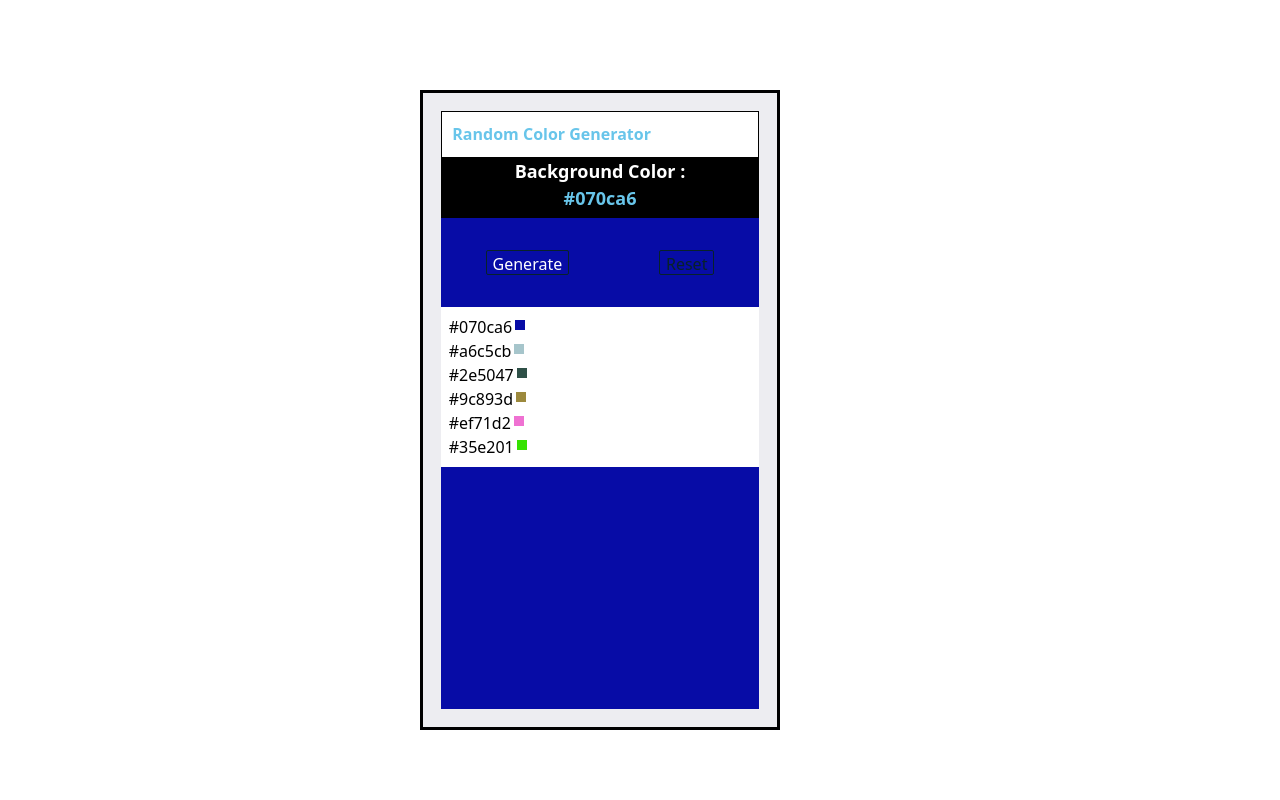
Repository: Sarah7223/internet-programming-tp
Page: TP4/TP04.4.html
The author's editor kept a copy of each file at every save. The page is drawn from the files as they stood at one save, then again after the next save.
The browser window is 1280 px wide. The pictures show the whole page.
After loading, the first visible `#generate` was clicked once.

Above is the page before, as saved 2023-02-03 10:21:05.

### TP4/TP04.4.html
<!DOCTYPE html>
    <head>
        <style>
            .background1{
                display: flex;
                width: 1200px;
                height: 800px;
                align-items: center;
                justify-content: center;
                flex-direction: column;
                background-color: white;
            }
           .rectangle{
                display: flex;
                position: relative;
                width: 30%;
                height: 80%;
                align-items: center;
                justify-content: center;
                flex-direction: column;
                border: solid black 3px;
                background-color: #ededf1;
                margin-top: 20px;
            }
            .title{
                margin-bottom: 0;
                margin-left: 5%;
                margin-right: 5%;
                margin-top: 5%;
                color: #68c5ea;
                width: -webkit-fill-available;
                height: 50px;
                border: solid 1px black;
                background-color: #FFFFFF;
                padding: 3%;
                font-weight: bold;
            }
            #menu-container{
                height: 100%;
                width: -webkit-fill-available;
                margin-bottom: 5%;
                margin-left: 5%;
                margin-right: 5%;
            }
            .container{
                background-color: black;
                width: -webkit-fill-available;
                height: 60px;
                margin-bottom: 10%;

            }
            .back-color{
                color: #FFFFFF;
                font-weight: bold;
                font-size: large;
                text-align: center;
            }
            #color{
                color: #68c5ea;
                font-weight: bold;
                font-size:large;
                text-align: center;
            }
            .buttons{
                display:flex;
                justify-content: space-around;
                margin-bottom: 10%;
            }
            .button{
                text-align: center;
                color: #08222a;
                border: solid #08222a 1px;
                border-radius: 2px;
                height: 25px;
            }
            .button:hover{
                background-color: #000000;
                color: #FFFFFF;
            }
            #list-color{
                background-color: #FFFFFF;
                color: #000000;
                height: fit-content;
                width:-webkit-fill-available;
                padding: 2.5%;
            }
            .item{
                display: flex;
            }
            #generate{
                background-color: black;
                color: white;
            }

        </style>
        <link href="https://cdn.jsdelivr.net/npm/bootstrap@5.3.0-alpha1/dist/css/bootstrap.min.css" rel="stylesheet" integrity="sha384-GLhlTQ8iRABdZLl6O3oVMWSktQOp6b7In1Zl3/Jr59b6EGGoI1aFkw7cmDA6j6gD" crossorigin="anonymous">
    </head>

    <body>
        <div class="background1">
            <div class="rectangle">
            <div class="title">Random Color Generator</div>
            <div id="menu-container">
                <div class="container">
                    <div class="back-color">Background Color :</div>
                    <div id="color"></div>
                </div>
                <div class="buttons">
                    <button class="button" id="generate">Generate</button>
                    <button class="button" id="reset">Reset</button>
                </div>
                <div id="list-color"></div>
            </div>
        </div>

        <script src="https://cdn.jsdelivr.net/npm/bootstrap@5.3.0-alpha1/dist/js/bootstrap.bundle.min.js" integrity="sha384-w76AqPfDkMBDXo30jS1Sgez6pr3x5MlQ1ZAGC+nuZB+EYdgRZgiwxhTBTkF7CXvN" crossorigin="anonymous"></script>
        <script>
            class Color {
                colorType = ''
                records = []

                constructor(type,rec) {
                    this.colorType = type;
                    this.records = rec;
                }
                generate(){
                    this.reset();
                    for(let i=0;i<6;i++){
                    var hex = c.getRandomNumber().toString(16);
                    while (hex.length < 6) {
                        hex = "0" + hex;
                    }
                    this.records.push(hex);
                    }
                    this.colorType="#"+this.records[0];
                    localStorage.setItem("records", JSON.stringify({values:this.records}))
                }
                getRandomNumber(){
                    return Math.floor(Math.random()*16777215)
                }
                getRecords(){
                    return this.records;
                }
                reset(){
                    this.colorType = '';
                    this.records = [];
                    localStorage.removeItem("records");
                }
           }
           if(localStorage.getItem("records")===null){
                var c = new Color();
                c.generate();
           }else{
            let rec = JSON.parse(localStorage.getItem("records"))
                var c = new Color("#"+rec.values[0],rec.values);
           }
           document.getElementById("generate").addEventListener("click",e =>{
                c.generate();
                document.getElementById("color").innerHTML=c.colorType;
                document.getElementById("menu-container").style.backgroundColor=c.colorType;
                document.getElementById("generate").style.backgroundColor=c.colorType;
                document.getElementById("reset").style.backgroundColor=c.colorType;
                var listHtml="";
                c.getRecords().forEach(elt=>{
                listHtml+=`<div class="item" id=${elt}>
                        <span>#${elt}</span>
                        <span style="background-color:#${elt};width:10px;height:10px;margin-left: 3px;margin-top: 5px;"></span>
                    </div>`
                });
                document.getElementById("list-color").innerHTML=listHtml;
                c.getRecords().forEach(elt=>{
                document.getElementById(elt).addEventListener("click",e=>{
                    console.log(elt);
                    c.colorType = "#"+elt;
                    document.getElementById("color").innerHTML=c.colorType;
                    document.getElementById("menu-container").style.backgroundColor=c.colorType;
                    document.getElementById("generate").style.backgroundColor=c.colorType;
                    document.getElementById("reset").style.backgroundColor=c.colorType;
                });
           });
           });
           document.getElementById("reset").addEventListener("click",e=>{
                c.reset();
                console.log("rec",c.getRecords());
                console.log(c.colorType);
                document.getElementById("color").innerHTML=c.colorType;
                document.getElementById("menu-container").style.backgroundColor=c.colorType;
                document.getElementById("generate").style.backgroundColor=c.colorType;
                document.getElementById("reset").style.backgroundColor=c.colorType;
                var listHtml="";
                document.getElementById("list-color").innerHTML=listHtml;
                localStorage.removeItem("records");
           });
           console.log(c.getRecords());
           console.log(c.colorType);
           document.getElementById("color").innerHTML=c.colorType;
           document.getElementById("menu-container").style.backgroundColor=c.colorType;
           document.getElementById("generate").style.backgroundColor=c.colorType;
           document.getElementById("reset").style.backgroundColor=c.colorType;
           var listHtml="";
           c.getRecords().forEach(elt=>{
                listHtml+=`<div class="item" id=${elt}>
                        <span>#${elt}</span>
                        <span style="background-color:#${elt};width:10px;height:10px;margin-left: 3px;margin-top: 5px;"></span>
                    </div>`
           });
           document.getElementById("list-color").innerHTML=listHtml;
           c.getRecords().forEach(elt=>{
            document.getElementById(elt).addEventListener("click",e=>{
                    console.log(elt);
                    c.colorType = "#"+elt;
                    document.getElementById("color").innerHTML=c.colorType;
                    document.getElementById("menu-container").style.backgroundColor=c.colorType;
                    document.getElementById("generate").style.backgroundColor=c.colorType;
                    document.getElementById("reset").style.backgroundColor=c.colorType;
                });
           });
        </script>
    </body>
</html

After the next save:
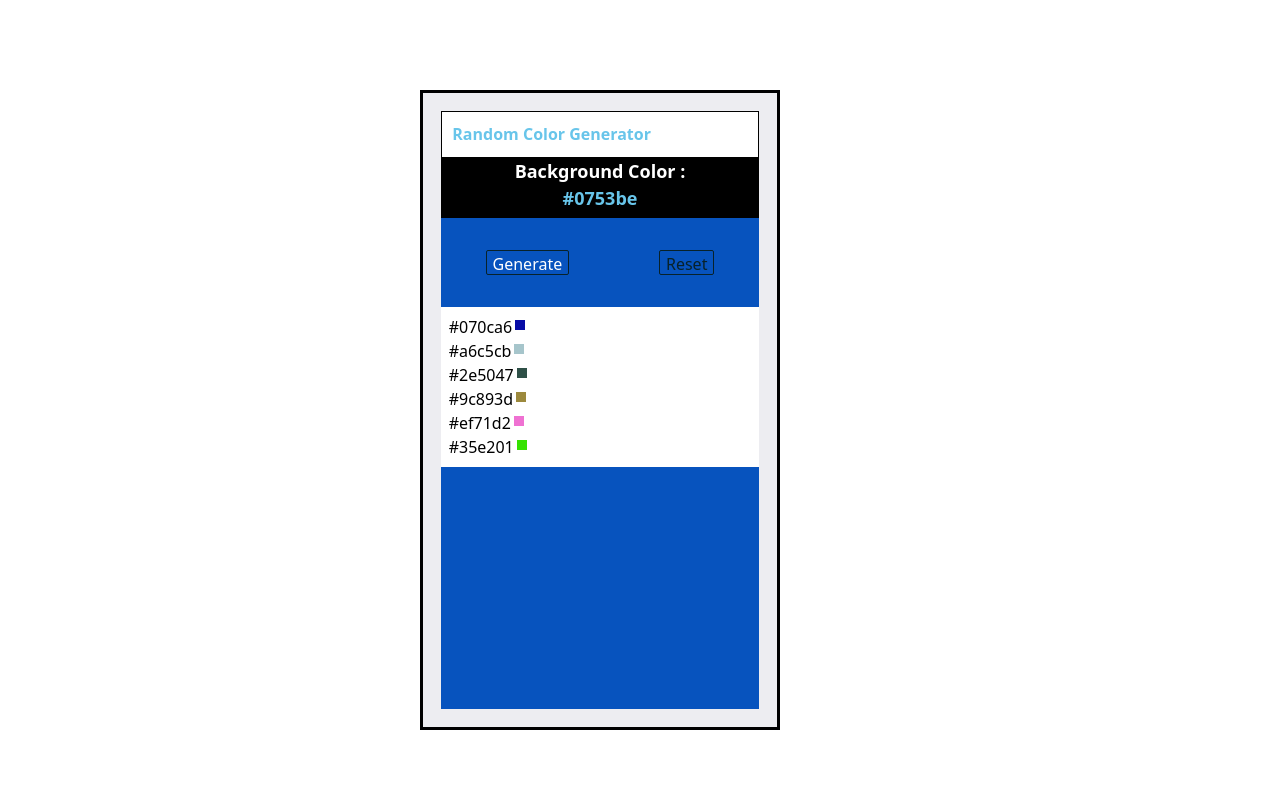
Saved 88 s later.
--- a/TP4/TP04.4.html
+++ b/TP4/TP04.4.html
@@ -91,6 +91,8 @@
                 background-color: black;
                 color: white;
             }
+
+
 
         </style>
         <link href="https://cdn.jsdelivr.net/npm/bootstrap@5.3.0-alpha1/dist/css/bootstrap.min.css" rel="stylesheet" integrity="sha384-GLhlTQ8iRABdZLl6O3oVMWSktQOp6b7In1Zl3/Jr59b6EGGoI1aFkw7cmDA6j6gD" crossorigin="anonymous">
@@ -156,10 +158,10 @@
            }
            document.getElementById("generate").addEventListener("click",e =>{
                 c.generate();
-                document.getElementById("color").innerHTML=c.colorType;
-                document.getElementById("menu-container").style.backgroundColor=c.colorType;
-                document.getElementById("generate").style.backgroundColor=c.colorType;
-                document.getElementById("reset").style.backgroundColor=c.colorType;
+                //document.getElementById("color").innerHTML=c.colorType;
+                //document.getElementById("menu-container").style.backgroundColor=c.colorType;
+                //document.getElementById("generate").style.backgroundColor=c.colorType;
+                //document.getElementById("reset").style.backgroundColor=c.colorType;
                 var listHtml="";
                 c.getRecords().forEach(elt=>{
                 listHtml+=`<div class="item" id=${elt}>

After the save that followed:
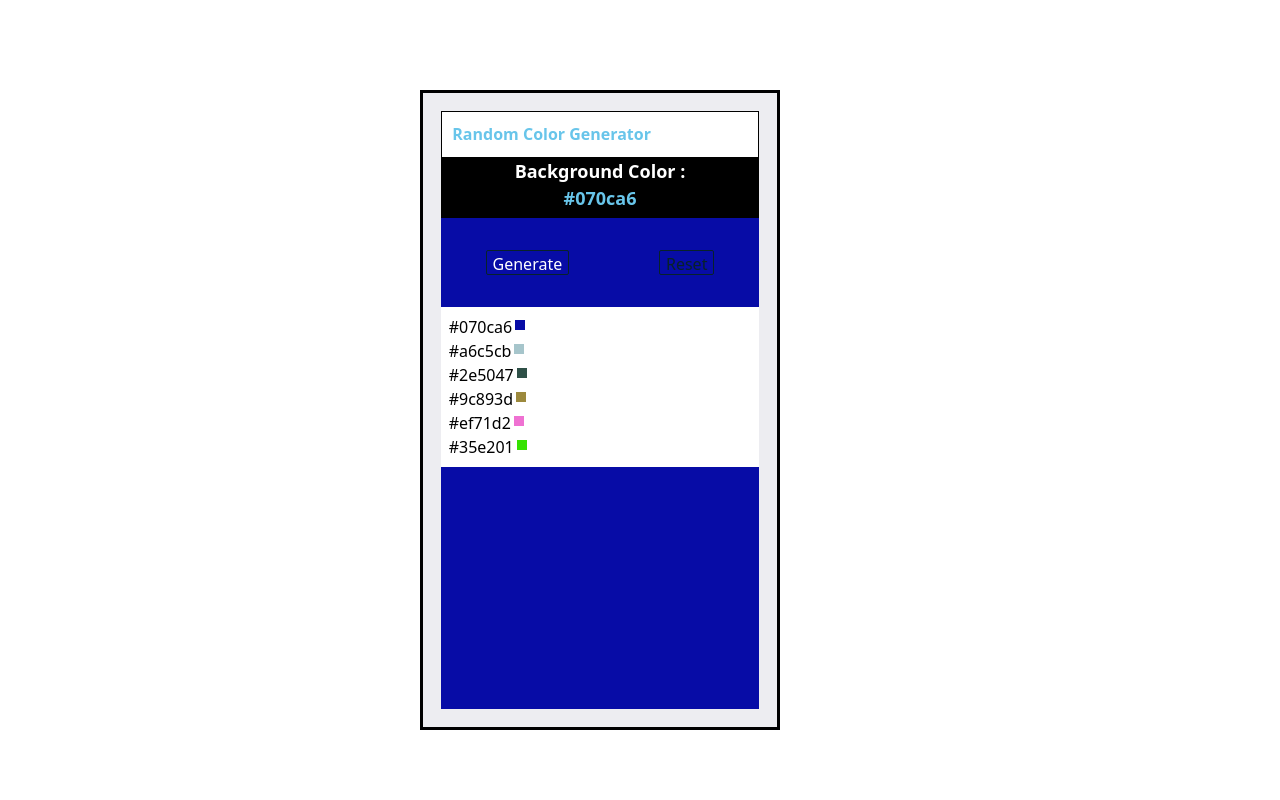
Saved 21 s later.
--- a/TP4/TP04.4.html
+++ b/TP4/TP04.4.html
@@ -158,10 +158,10 @@
            }
            document.getElementById("generate").addEventListener("click",e =>{
                 c.generate();
-                //document.getElementById("color").innerHTML=c.colorType;
-                //document.getElementById("menu-container").style.backgroundColor=c.colorType;
-                //document.getElementById("generate").style.backgroundColor=c.colorType;
-                //document.getElementById("reset").style.backgroundColor=c.colorType;
+                document.getElementById("color").innerHTML=c.colorType;
+                document.getElementById("menu-container").style.backgroundColor=c.colorType;
+                document.getElementById("generate").style.backgroundColor=c.colorType;
+                document.getElementById("reset").style.backgroundColor=c.colorType;
                 var listHtml="";
                 c.getRecords().forEach(elt=>{
                 listHtml+=`<div class="item" id=${elt}>
